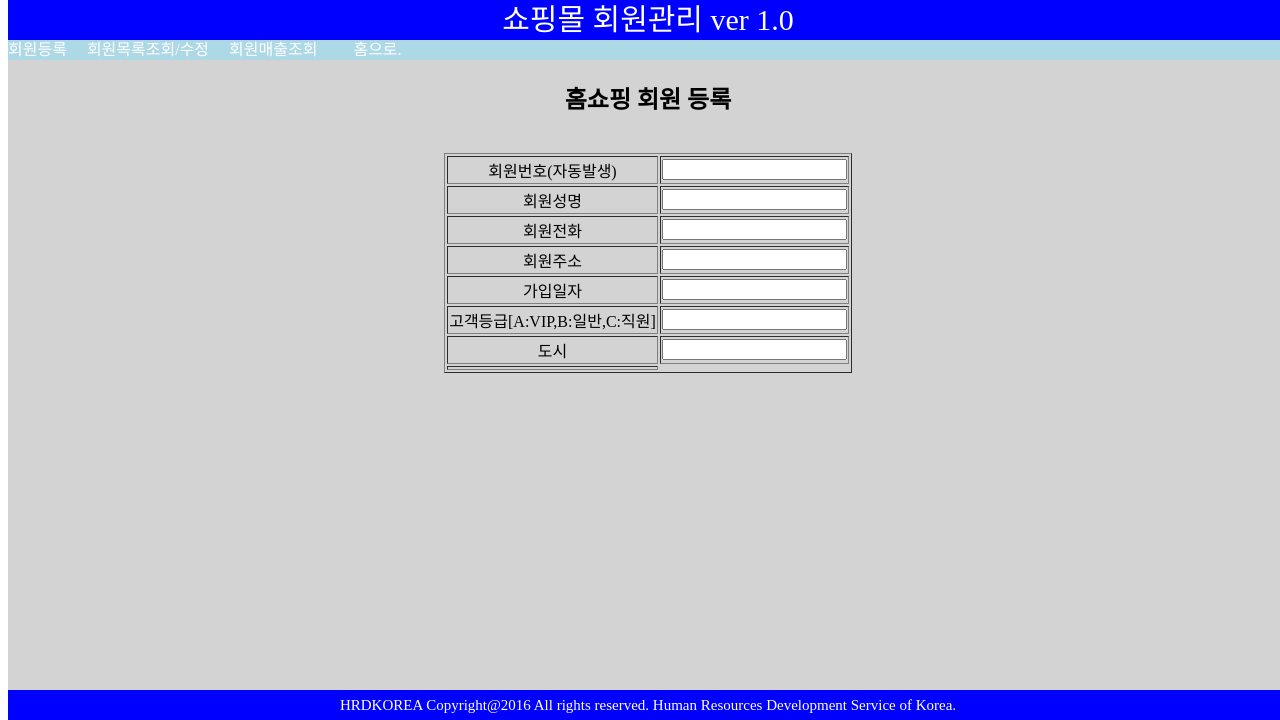
Repository: leesuyeon116/HRD_1
Page: http://localhost/HRD_0416/join.jsp
An editor plug-in stored every save of this project. The page is shown before and after the next save, followed by the edit.
The browser window is 1280 px wide. The pictures show the whole page.
The page is served by Tomcat 9.

Above is the page before, as saved 2024-04-17 00:19:43.

After the next save:
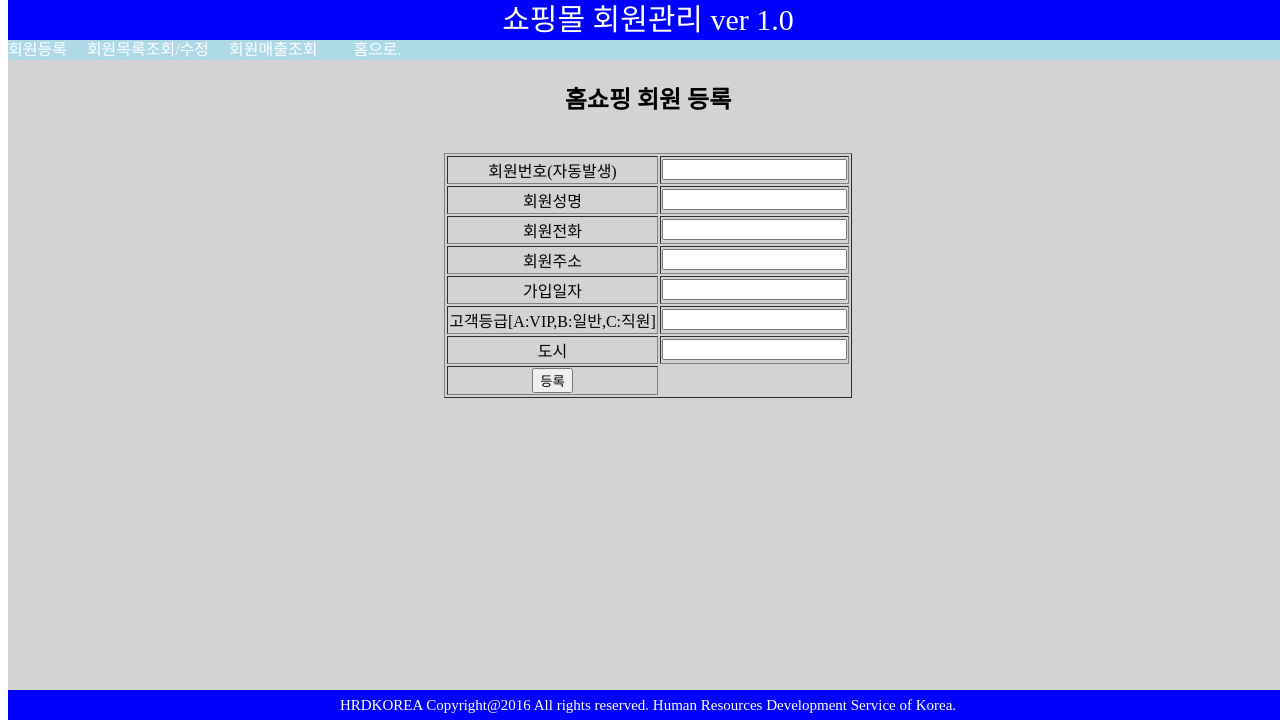
Saved 48 s later.
--- a/HRD_0416/src/main/webapp/join.jsp
+++ b/HRD_0416/src/main/webapp/join.jsp
@@ -43,7 +43,7 @@
 		</tr>
 		<tr>
 			<td>
-
+				<input type="submit" value="등록">
 			</td>
 		</tr>
 	</table>
